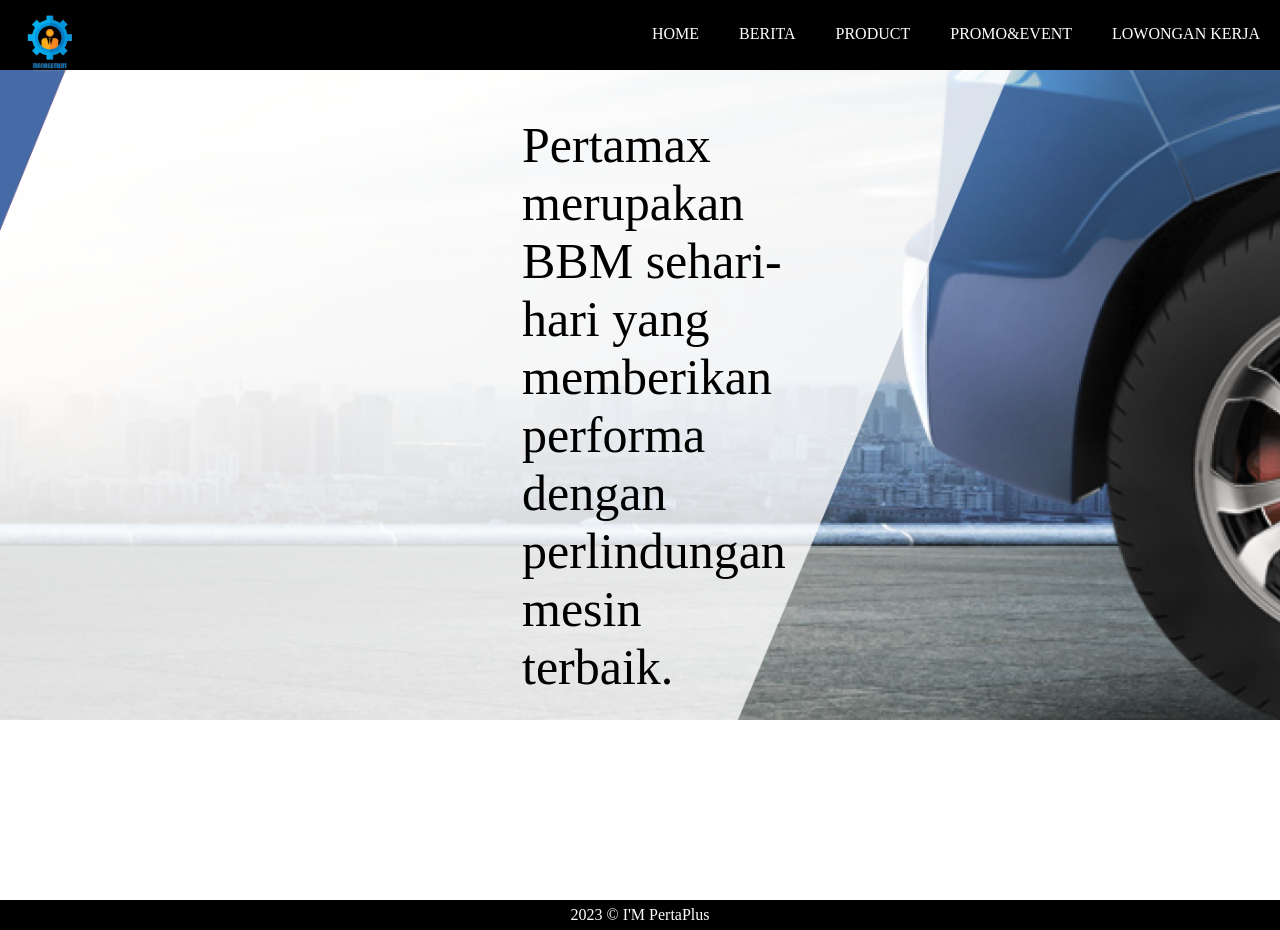
Repository: rizalardi34/project-mypertaplus
Page: pertamax.html
The author's editor kept a copy of each file at every save. The page is drawn from the files as they stood at one save, then again after the next save.
The browser window is 1280 px wide. The pictures show the whole page.

Above is the page before, as saved 2023-04-25 13:08:23.

### pertamax.html
<html>
    <head>
        <title>Management Karyawan</title>
    </head>
    <body style="margin: 0; padding: 0; height: 100%;">
        <div>
            <div>
                <nav style="width:100%; background-color: black; position: fixed; top:0; height: 70px; display: flex; justify-content:space-between;">
                    <div class="logo">
                        <img src="logo.png" style="padding-top: 0px; padding-left: 10px; width: 80px;" >
                    </div>
                    <ul style="display: flex; list-style-type: none; line-height: 35px;">
                        <li><a href="./home.html" style="text-decoration: none; color:white; padding: 0px 20px;">HOME</a></li>
                        <li><a href="./profile.html" style="text-decoration: none; color:white; padding: 0px 20px; ">BERITA</a></li>
                        <li><a href="./product.html" style="text-decoration: none; color:white; padding: 0px 20px; ">PRODUCT</a></li>
                        <li><a href="dataKaryawan.html" style="text-decoration: none; color:white; padding: 0px 20px; ">PROMO&EVENT</a></li>
                        <li><a href="#" style="text-decoration: none; color:white; padding: 0px 20px; ">LOWONGAN KERJA</a></li>
                    </ul>
                </nav>
            </div>
            <div style="background-image: url(Main.png); background-repeat: no-repeat; background-size: cover; height: 100%; width: 100%; display: flex; justify-content: center; align-items: center;">
                <div style="height: 100%; width: 20%; display: flex; justify-content: start; align-items: center; padding-left: 20px;">
                    <div>
                        <h1 style=" color: black; font-size: 50px; ">Pertamax</h1>
                        <p style=" color: black; font-size: 50px; ">Pertamax merupakan BBM sehari-hari yang memberikan performa dengan perlindungan mesin terbaik.</p>
                    </div>
                </div>
            </div>
            <div style="margin-top: 25vh;background-color: black;height: 30px;display: flex;justify-content: center;align-items: center;color: white;">
                <p>2023 © I'M PertaPlus</p>
            </div>
        </div>
    </body>
</html>

After the next save:
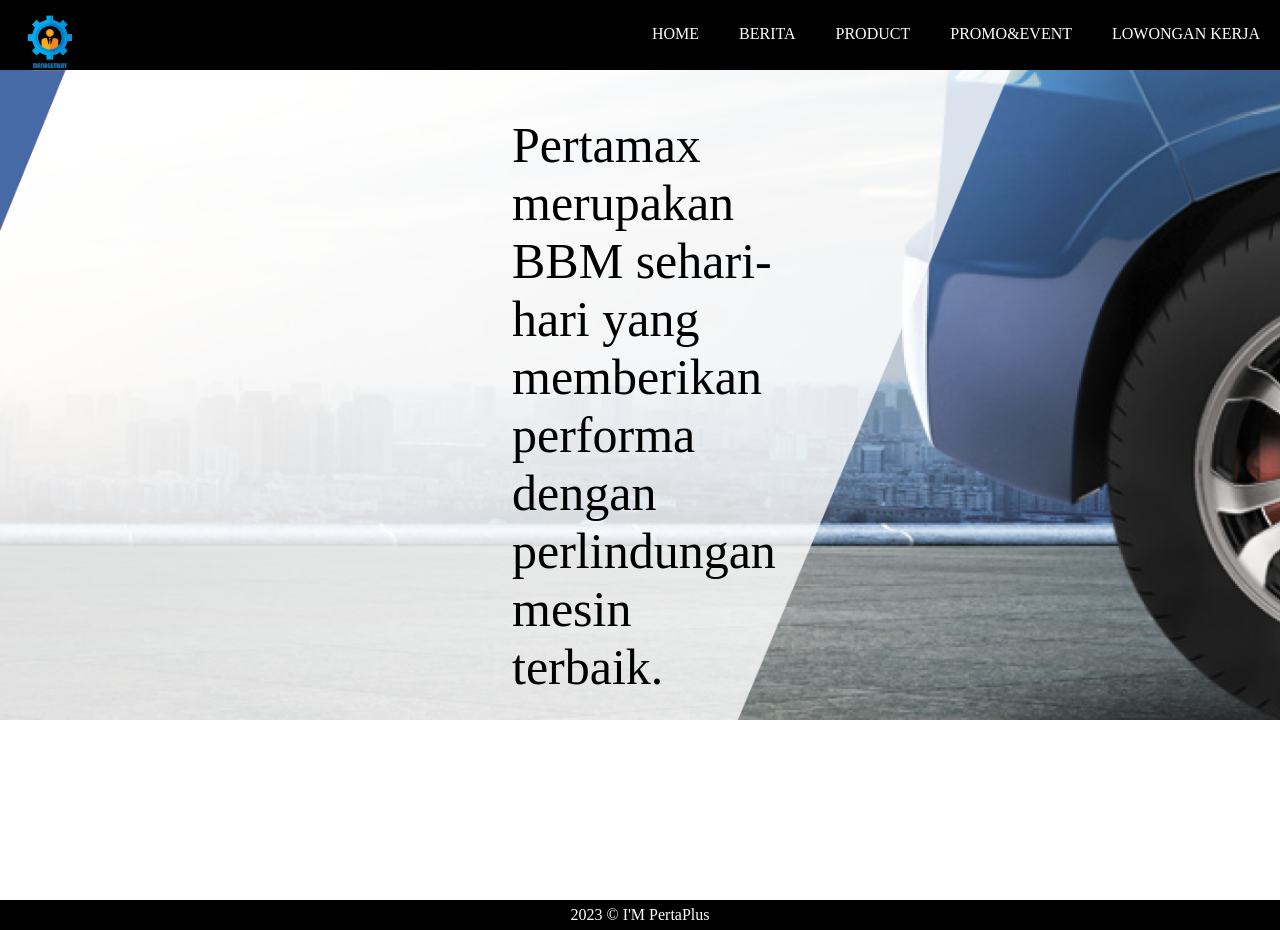
Saved 9 s later.
--- a/pertamax.html
+++ b/pertamax.html
@@ -19,7 +19,7 @@
                 </nav>
             </div>
             <div style="background-image: url(Main.png); background-repeat: no-repeat; background-size: cover; height: 100%; width: 100%; display: flex; justify-content: center; align-items: center;">
-                <div style="height: 100%; width: 20%; display: flex; justify-content: start; align-items: center; padding-left: 20px;">
+                <div style="height: 100%; width: 20%; display: flex; justify-content: start; align-items: center;">
                     <div>
                         <h1 style=" color: black; font-size: 50px; ">Pertamax</h1>
                         <p style=" color: black; font-size: 50px; ">Pertamax merupakan BBM sehari-hari yang memberikan performa dengan perlindungan mesin terbaik.</p>
